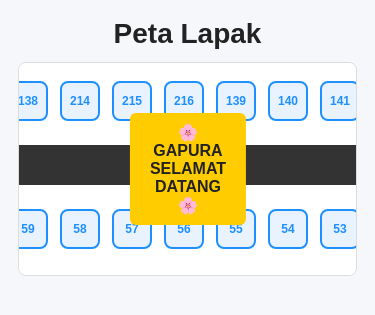
Repository: pasarrakyatbak/denah
Page: index.html
These files come from the project's save history. The page is drawn as it stood at one moment and after the next save; the edit follows.
The browser window is 375 px wide. The pictures show the whole page.

Above is the page before, as saved 2025-09-19 08:27:53.

### index.html
<!DOCTYPE html>
<html lang="id">

<head>
    <meta charset="utf-8" />
    <meta name="viewport" content="width=device-width,initial-scale=1" />
    <title>Peta Lapak</title>
    <link rel="stylesheet" href="style.css" />
</head>

<body>
    <h1>Peta Lapak</h1>

    <div class="scroll-container">
        <div class="h-inner">
            <!-- Baris atas: sisi kanan -->
            <div class="row top" id="right-side"></div>

            <!-- Jalan horizontal -->
            <div class="road" id="road">JALAN</div>

            <!-- Baris bawah: sisi kiri -->
            <div class="row bottom" id="left-side"></div>
        </div>
    </div>

    <script src="script.js"></script>
</body>

</html>

### style.css
/* reset */
* {
    box-sizing: border-box;
    margin: 0;
    padding: 0;
}

body {
    font-family: Arial, Helvetica, sans-serif;
    background: #f5f7fa;
    color: #222;
    padding: 18px;
    text-align: center;
}

/* judul */
h1 {
    margin-bottom: 12px;
    font-size: 28px;
}

/* kontainer scroll HORIZONTAL */
.scroll-container {
    position: relative;
    width: 100%;
    overflow-x: auto;
    /* horizontal scroll */
    overflow-y: hidden;
    border: 1px solid #ddd;
    background: #fff;
    border-radius: 8px;
    padding: 12px;
}

/* inner yang lebarnya disesuaikan (min-width: max-content supaya tidak ter-compress) */
.h-inner {
    display: flex;
    flex-direction: column;
    /* top row, road, bottom row */
    gap: 18px;
    align-items: flex-start;
    /* agar row tidak ter-stretch */
    min-width: max-content;
    /* sangat penting supaya horizontal scroll bekerja penuh */
    padding-bottom: 8px;
}

/* baris lapak (atas & bawah) */
.row {
    display: flex;
    gap: 12px;
    align-items: center;
    min-width: max-content;
    /* pastikan tidak dipotong */
    padding: 6px 0;
}

/* tampilan kotak lapak */
.lapak {
    width: 60px;
    height: 60px;
    border-radius: 8px;
    background: #e9f2ff;
    border: 2px solid #1e90ff;
    color: #1e90ff;
    font-weight: 700;
    display: flex;
    align-items: center;
    justify-content: center;
    user-select: none;
}

/* jalan horizontal (akan di-set lebarnya lewat JS supaya sejajar dengan row terpanjang) */
.road {
    height: 40px;
    background: #333;
    color: #fff;
    display: flex;
    align-items: center;
    justify-content: center;
    border-radius: 8px;
    padding: 0 10px;
    min-width: max-content;
}

/* gerbang (kotak orange) */
.jalan-gerbang {
    width: 120px;
    height: 40px;
    background: #ff8c1a;
    color: white;
    display: flex;
    align-items: center;
    justify-content: center;
    border-radius: 8px;
    font-weight: 700;
    margin-left: 6px;
    margin-right: 6px;
}

/* responsive: ukuran kotak lapak kecil di layar sempit */
@media (max-width: 900px) {
    .lapak {
        width: 50px;
        height: 50px;
    }

    .jalan-gerbang {
        width: 100px;
        height: 36px;
    }
}

@media (max-width: 480px) {
    .lapak {
        width: 40px;
        height: 40px;
        font-size: 12px;
    }

    .jalan-gerbang {
        background: #ffcc00;
        padding: 6px 12px;
        border-radius: 6px;
        font-weight: bold;
        text-align: center;
        margin: 0 4px;
    }

    .gapura {
        background: #ffcc00;
        padding: 10px 20px;
        font-weight: bold;
        border-radius: 6px;
        text-align: center;
        z-index: 10;
    }

}

### script.js
// === data nomor (sudah Anda berikan) ===
const leftNumbers = [
    1, 2, 3, 4, 5, 6, 7, 8, 9, 10, 11,
    15, 16, 17, 18, 19, 20, 21, 22, 23, 24, 25, 26, 27, 28, 29, 30,
    31, 32, 33, 34, 35, 36, 37, 38, 39, 40, 41, 42, 43, 44, 45, 46, 47, 48, 49, 50,
    51, 52, 53, 54, 55, 56, 57, 58, 59, 60, 61, 62, 63, 64, 65, 66, 67, 68, 69, 70,
    71, 72, 73, 74, 75, 76, 77, 78, 79, 80, 81, 82, 83, 84, 85, 86, 87, 88, 89, 90,
    91, 92, 93, 94, 95, 96, 97, 98, 99, 100, 101, 102, 103, 104,
    186, 187, 188, 189, 190, 191, 192, 193
];

const rightNumbers = [
    194, 195, 196, 197, 198, 199, 200, 201, 202, 203, 204, 205, 206, 207, 208, 209, 210, 211, 212, 213,
    105, 106, 107, 108, 109, 110, 111, 112, 113, 114, 115, 116, 117, 118, 119, 120, 121, 122, 123, 124,
    125, 126, 127, 128, 129, 130, 131, 132, 133, 134, 135, 136, 137, 138,
    214, 215, 216,
    139, 140, 141, 142, 143, 144, 145, 146, 147, 148, 149, 150, 151, 152, 153, 154, 155, 156, 157, 158, 159, 160,
    161, 162, 163, 164, 165, 166, 167, 168, 169, 170, 171, 172, 173, 174, 175, 176, 177, 178, 179, 180,
    181, 182, 183, 184, 185
];

// elemen
const rightSide = document.getElementById('right-side');
const leftSide = document.getElementById('left-side');
const road = document.getElementById('road');
const hInner = document.querySelector('.h-inner');
const scrollContainer = document.querySelector('.scroll-container');

// fungsi buat kotak lapak
function makeLapak(num) {
    const d = document.createElement('div');
    d.className = 'lapak';
    d.textContent = num;
    return d;
}

// Render kanan (urutan asli)
rightNumbers.forEach(n => rightSide.appendChild(makeLapak(n)));

// Render kiri (dibalik)
leftNumbers.slice().reverse().forEach(n => leftSide.appendChild(makeLapak(n)));

// Sisipkan "Gerbang Sekolah" di sisi kiri
function insertGerbangBetween(parent, a, b, label = 'Gerbang Sekolah') {
    const children = Array.from(parent.children);
    const idxA = children.findIndex(c => c.textContent == String(a));
    const idxB = children.findIndex(c => c.textContent == String(b));
    if (idxA === -1 || idxB === -1) return;
    const insertAfterIndex = Math.min(idxA, idxB);
    const refNode = parent.children[insertAfterIndex + 1] || null;
    const g = document.createElement('div');
    g.className = 'jalan-gerbang';
    g.textContent = label;
    parent.insertBefore(g, refNode);
}

// Contoh gerbang sekolah tetap dipertahankan
insertGerbangBetween(leftSide, 2, 3, 'Gerbang Sekolah');
insertGerbangBetween(leftSide, 11, 15, 'Gerbang Sekolah');

// Tambahkan "Gapura Selamat Datang" di tengah jalan
const gapura = document.createElement('div');
gapura.className = 'gapura';
gapura.textContent = '🌸 GAPURA SELAMAT DATANG 🌸';
scrollContainer.appendChild(gapura);

// Posisi gapura di tengah jalan
function adjustGapura() {
    const wTop = rightSide.scrollWidth;
    const wBottom = leftSide.scrollWidth;
    const maxW = Math.max(wTop, wBottom);

    hInner.style.minWidth = (maxW + 40) + 'px';
    road.style.width = maxW + 'px';

    // Posisi horizontal gapura
    gapura.style.position = 'absolute';
    gapura.style.top = '50%'; // atau sesuai tinggi jalan
    gapura.style.left = `${maxW / 2}px`;
    gapura.style.transform = 'translate(-50%, -50%)';

    // Scroll ke tengah
    const containerW = scrollContainer.clientWidth;
    scrollContainer.scrollLeft = Math.max(0, (maxW - containerW) / 2);
}

adjustGapura();
window.addEventListener('resize', () => {
    clearTimeout(window._adjustTimeout);
    window._adjustTimeout = setTimeout(adjustGapura, 120);
});

After the next save:
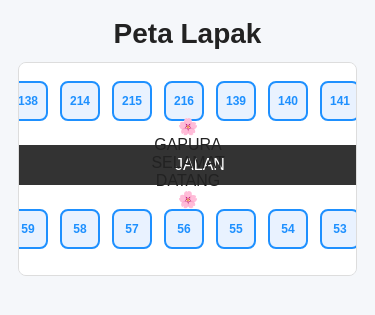
Saved 102 s later.
--- a/style.css
+++ b/style.css
@@ -128,12 +128,85 @@ h1 {
     }
 
     .gapura {
-        background: #ffcc00;
-        padding: 10px 20px;
+        position: absolute;
+        display: flex;
+        align-items: flex-end;
+        justify-content: center;
+        top: 50%;
+        /* vertikal di tengah jalan */
+        left: 50%;
+        /* horizontal di tengah jalan */
+        transform: translate(-50%, -50%);
+        height: 120px;
+        /* tinggi total gapura */
+        z-index: 10;
+    }
+
+    /* Tiang kiri dan kanan */
+    .gapura .tiang {
+        width: 25px;
+        height: 100%;
+        background: #8B4513;
+        border-radius: 4px;
+        box-shadow: inset 0 0 5px #5a2e0b;
+    }
+
+    .gapura .tiang.kiri {
+        margin-right: 10px;
+    }
+
+    .gapura .tiang.kanan {
+        margin-left: 10px;
+    }
+
+    /* Atap melengkung */
+    .gapura .atap {
+        position: relative;
+        background: #FFCC00;
+        border-radius: 50% 50% 0 0;
+        /* lengkung atap */
+        padding: 10px 40px;
+        display: flex;
+        flex-direction: column;
+        align-items: center;
+        box-shadow: 0 3px 5px rgba(0, 0, 0, 0.2);
+    }
+
+    /* Dekorasi atap (opsional) */
+    .gapura .dekor-atas {
+        width: 100%;
+        height: 10px;
+        background: #FFB800;
+        border-radius: 50%;
+        margin-bottom: 5px;
+    }
+
+    /* Teks di atap */
+    .gapura .teks {
         font-weight: bold;
-        border-radius: 6px;
+        font-size: 16px;
         text-align: center;
-        z-index: 10;
-    }
-
-}
+        color: #333;
+    }
+
+    /* Responsive: kecilkan gapura di layar sempit */
+    @media (max-width: 768px) {
+        .gapura {
+            height: 80px;
+        }
+
+        .gapura .atap {
+            padding: 5px 20px;
+        }
+
+        .gapura .tiang {
+            width: 15px;
+        }
+
+        .gapura .teks {
+            font-size: 12px;
+        }
+    }
+
+
+}
